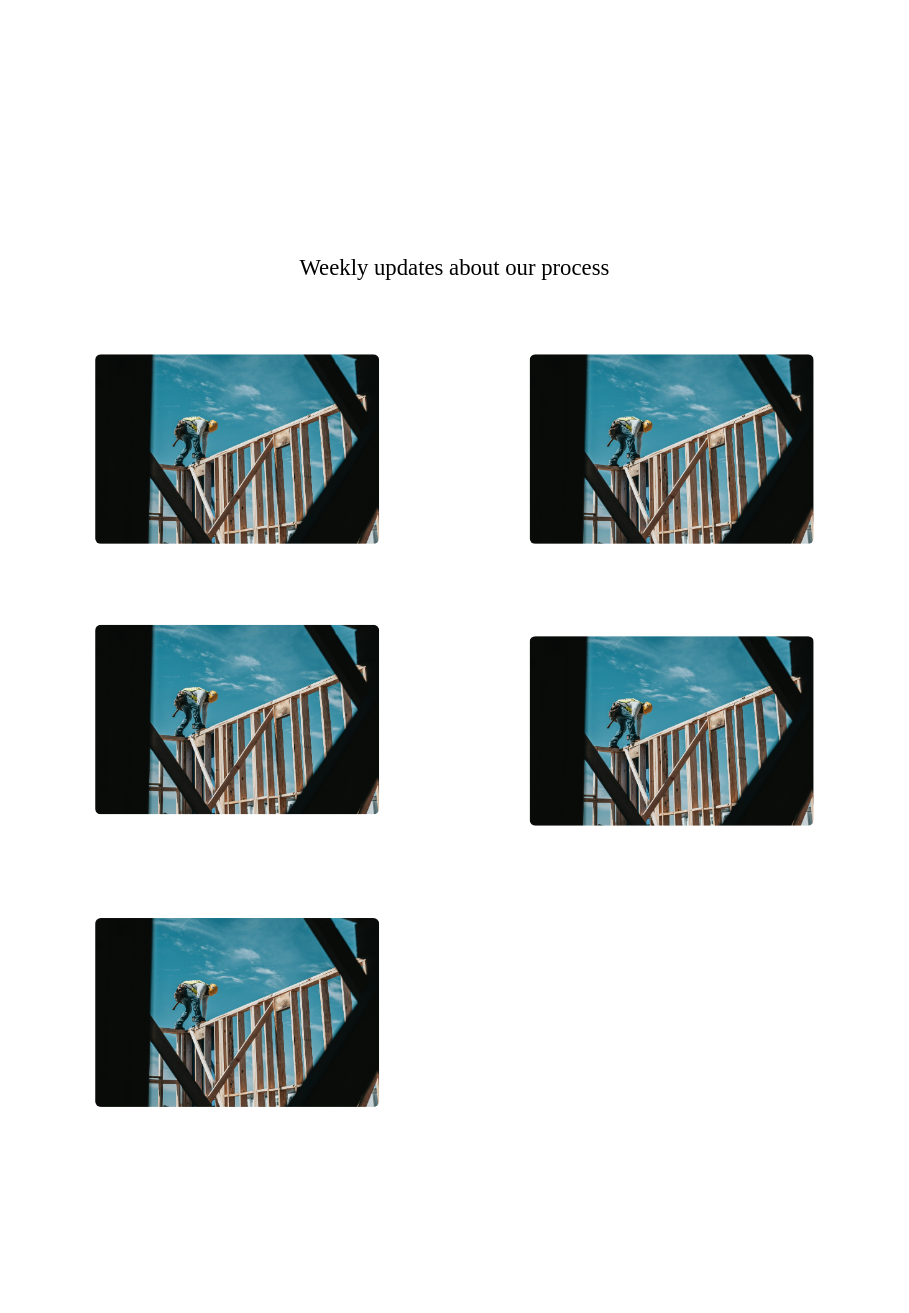
Repository: Forge-IDSP/Blog
Page: /
These files come from the project's save history. The page is drawn as it stood at one moment and after the next save; the edit follows.
The browser window is 1280 px wide. The pictures show the whole page, at 71% of full size.
The project was rebuilt for these pictures with package versions that can differ from the ones it lists, and the page was loaded fresh each time. Also part of the build but not shown: vite.config.js, src/index.css, src/pages/blogpost.module.css, src/pages/week1.jsx, src/pages/week2.jsx, src/pages/week3.jsx, src/pages/week4.jsx, src/pages/week5.jsx and 4 more.

Above is the page before, as saved 2025-10-27 12:53:29.

### index.html
<!DOCTYPE html>
<html lang="en">
    <head>
        <meta charset="UTF-8" />
        <link
            rel="icon"
            type="image/svg+xml"
            href="/vite.svg" />
        <meta
            name="viewport"
            content="width=device-width, initial-scale=1.0" />
        <title>Forge Blog</title>
    </head>
    <body>
        <div id="root"></div>
        <script
            type="module"
            src="/src/main.jsx"></script>
    </body>
</html>

### src/App.jsx
import { BrowserRouter as Router, Routes, Route } from "react-router-dom";
import Home from "./pages/home.jsx";
import Week1 from "./pages/week1.jsx";
import Week2 from "./pages/week2.jsx";
import Week3 from "./pages/week3.jsx";
import Week4 from "./pages/week4.jsx";
import Week5 from "./pages/week5.jsx";
import AboutUs from "./pages/aboutUs.jsx";
import ContactUs from "./pages/contactUs.jsx";

export default function App() {
    return (
        <Router>
            <Routes>
                <Route
                    path='/'
                    element={<Home />}
                />
                <Route
                    path='/week1'
                    element={<Week1 />}
                />
                <Route
                    path='/week2'
                    element={<Week2 />}
                />
                <Route
                    path='/week3'
                    element={<Week3 />}
                />
                <Route
                    path='/week4'
                    element={<Week4 />}
                />
                <Route
                    path='/week5'
                    element={<Week5 />}
                />
                <Route
                    path='/aboutUs'
                    element={<AboutUs />}
                />
                <Route
                    path='/contactUs'
                    element={<ContactUs />}
                />
            </Routes>
        </Router>
    );
}

### src/pages/home.jsx
import Header from "../ui/header/header.jsx";
import Card from "../ui/card/card.jsx";
import Footer from "../ui/footer/footer.jsx";
import cardcontent from "../data/cardcontent.json";

export default function Home() {
    return (
        <div className='page'>
            <Header />
            <h1 className='title'>
                See behind the scenes
                <br /> of the Forge design
            </h1>
            <p className='subtitle'>Weekly updates about our process</p>

            <div className='post_container'>
                {cardcontent.map((item) => (
                    <Card
                        key={item.id}
                        title={item.title}
                        image={item.image}
                        text={item.text}
                        link={item.link}
                    />
                ))}
            </div>

            <Footer />
        </div>
    );
}

### src/ui/header/header.jsx
import style from "./header.module.css";
import { Link } from "react-router-dom";

function Header() {
    return (
        <div className={style.header}>
            <img
                src='/forge-logo.svg'
                alt='Forge Logo'
                className={style.logo}></img>
            <nav className={style.menu}>
                <a
                    className={style.menu_item}
                    href='/'>
                    Home
                </a>
                <Link
                    className={style.menu_item}
                    to='/AboutUs'>
                    About Us
                </Link>

                <Link
                    to='/ContactUs'
                    className={style.menu_item}>
                    Contact
                </Link>
            </nav>
        </div>
    );
}

export default Header;

### src/ui/card/card.jsx
import { Link } from "react-router-dom";
import styles from "./card.module.css";

export default function Card({ title, image, text, link }) {
    return (
        <Link
            to={link}
            className={styles.card}>
            <img
                className={styles.card_image}
                src={image}
                alt={title}
            />
            <h2 className={styles.card_title}>{title}</h2>
            <p className={styles.card_week}>{text}</p>
        </Link>
    );
}

### src/ui/footer/footer.jsx
import styles from "./footer.module.css";

function Footer() {
    const currentYear = new Date().getFullYear();

    return (
        <footer className={styles.footer}>
            <p className={styles.footer__text}>© {currentYear} Forge Blog</p>
        </footer>
    );
}

export default Footer;

### src/data/cardcontent.json
[
    {
        "id": "week1",
        "title": "First Look at Forge",
        "image": "/blog-image1.jpg",
        "text": "Week 1",
        "link": "/week1"
    },
    {
        "id": "week2",
        "title": "ConnectHer and Forge",
        "image": "/blog-image1.jpg",
        "text": "Week 2",
        "link": "/week2"
    },
    {
        "id": "week3",
        "title": "Competitive Analysis and Development Framework",
        "image": "/blog-image1.jpg",
        "text": "Week 3",
        "link": "/week3"
    },
    {
        "id": "week4",
        "title": "Advising and Re-Ideation ",
        "image": "/blog-image1.jpg",
        "text": "Week 4",
        "link": "/week4"
    },
    {
        "id": "week5",
        "title": "User Research , Development Framework and Wireframing ",
        "image": "/blog-image1.jpg",
        "text": "Week 5",
        "link": "/week5"
    }
]

### src/App.css
#root {
    margin: 0 auto;
    padding: 1rem;
    text-align: center;
    background-color: var(--offwhite-500);

    /* ----- COLORS ----- */
    --primary-50: #fff1e6;
    --primary-100: #ffd4b0;
    --primary-200: #ffbf8a;
    --primary-300: #ffa155;
    --primary-400: #ff8f34;
    --primary-500: #ff7301;
    --primary-600: #e86901;
    --primary-700: #b55201;
    --primary-800: #8c3f01;
    --primary-900: #6b3000;

    --secondary-50: #eefae6;
    --secondary-100: #cbefb1;
    --secondary-200: #b2e88b;
    --secondary-300: #8fdd55;
    --secondary-400: #79d635;
    --secondary-500: #58cc02;
    --secondary-600: #50ba02;
    --secondary-700: #3e9101;
    --secondary-800: #307001;
    --secondary-900: #255601;

    /* -- neutral colors -- */

    --offwhite-500: #f9f9f9;
    --white: #ffffff;
    --black-50: #eaeaea;
    --black-100: #bebebd;
    --black-200: #9e9e9d;
    --black-300: #727271;
    --black-400: #575655;
    --black-500: #2d2c2b;
}

body,
html {
    height: 100%;
    margin: 0;
    padding: 0;
    background-color: var(--black);
}

#root,
.page {
    background-color: var(--black);
    margin-bottom: 2rem;
}

.page {
    display: flex;
    flex-direction: column;
}

.title {
    font-size: 5rem;
    color: var(--white);
    line-height: 5rem;
    margin-bottom: 1rem;
}

.subtitle {
    font-size: 2rem;
}

.post_container {
    display: grid;
    grid-template-columns: repeat(3, 1fr);
    gap: 2rem;
    background-color: var(--dark-grey);
    padding: 3rem;
    border-radius: 16px;
    align-items: center;
    justify-content: center;
    justify-items: center;
    margin-bottom: 2rem;
    margin-top: 2rem;
}

/* Tablet: 2 columns */
@media (max-width: 1300px) {
    .post_container {
        grid-template-columns: repeat(2, 1fr);
        padding: 1.5rem;
        gap: 1.5rem;
    }
}

/* Mobile: 1 column */
@media (max-width: 600px) {
    .post_container {
        grid-template-columns: 1fr;
        padding: 1rem;
        gap: 1rem;
    }
}

### src/ui/header/header.module.css
.header {
    background-color: var(--dark-grey);
    display: flex;
    justify-content: space-between;
    align-items: center;
    padding: 1rem 3rem;
    border-radius: 16px;
}

.logo {
    width: 10rem;
}

.menu {
    display: flex;
    gap: rem;
}

.menu_item {
    font-size: 1.2rem;
    text-decoration: none;
    color: var(--white);
    font-family: "Trebuchet MS", "Lucida Sans Unicode", "Lucida Grande",
        "Lucida Sans", Arial, sans-serif;
    padding: 0.8rem;
}

.menu_item:hover {
    background-color: var(--color-primary-dark);
    padding: 0.8rem;
    border-radius: 8px;
}

### src/ui/card/card.module.css
.card {
    background-color: var(--grey);
    padding: 1rem;
    border-radius: 16px;
    display: flex;
    flex-direction: column;
    align-items: start;
    width: 400px;
    text-decoration: none;
}

.card:hover {
    transform: scale(1.03);
    background-color: var(--color-primary-dark);
}

.card_image {
    width: 400px;
    height: auto;
    border-radius: 8px;
    margin-bottom: 8px;
}

.card_title {
    font-size: 28px;
    text-align: start;
    margin: 0;
    color: var(--white);
}

a:visited .card_title {
    color: var(--white);
}

.card_week {
    font-size: 16px;
    margin: 0;
    color: var(--white);
}

### src/ui/footer/footer.module.css
.footer {
    width: 100%;
    height: 5em;
    display: flex;
    justify-content: center;
    align-items: center;
    background-color: var(--dark-grey);
    margin-top: auto;
    border-radius: 16px;
}

.footer__text {
    color: var(--white);
    font-size: 16px;
    text-align: center;
    margin: 0;
}

Loaded but not shown: src/main.jsx (common file)

After the next save:
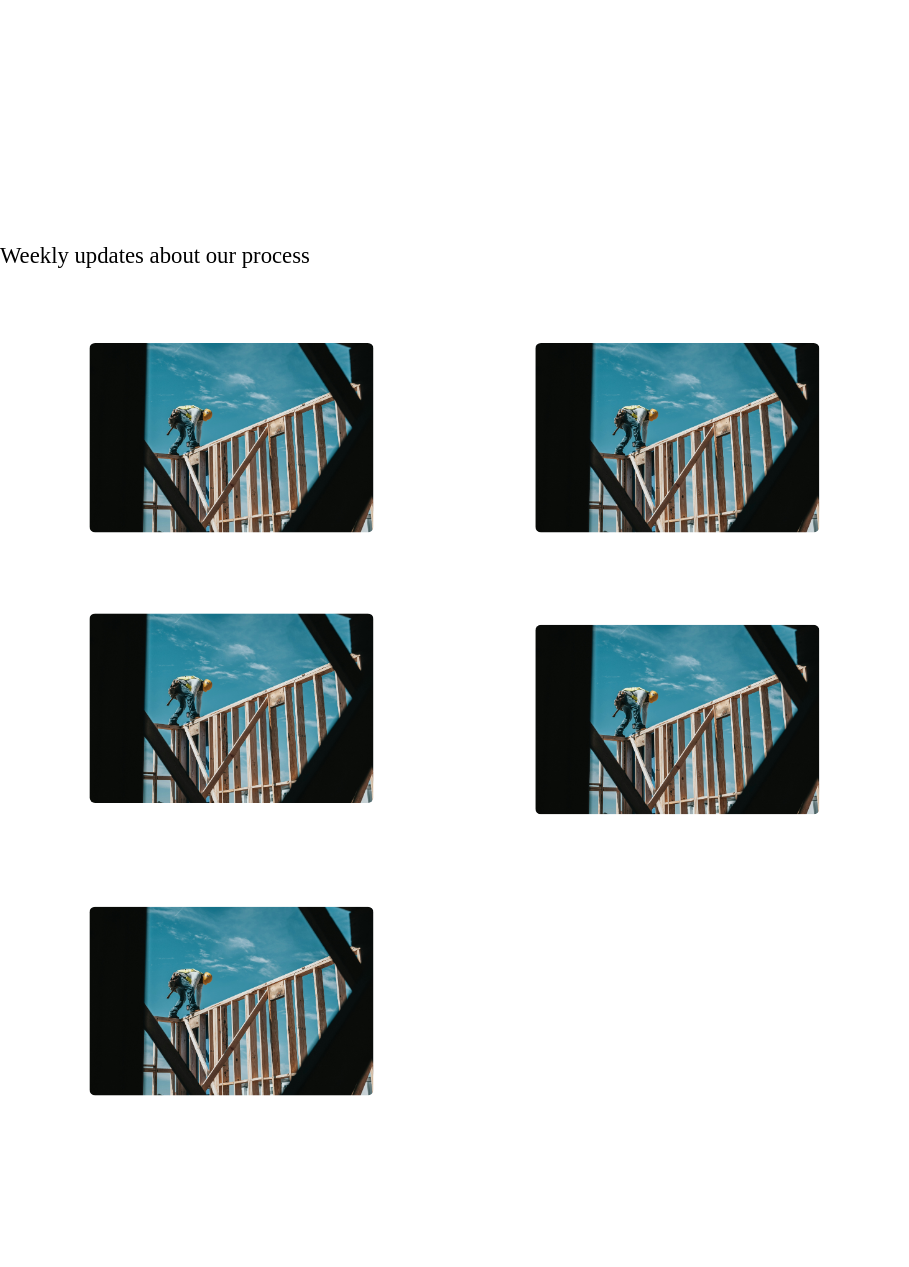
Saved 19 s later.
--- a/src/App.css
+++ b/src/App.css
@@ -1,9 +1,4 @@
 #root {
-    margin: 0 auto;
-    padding: 1rem;
-    text-align: center;
-    background-color: var(--offwhite-500);
-
     /* ----- COLORS ----- */
     --primary-50: #fff1e6;
     --primary-100: #ffd4b0;
